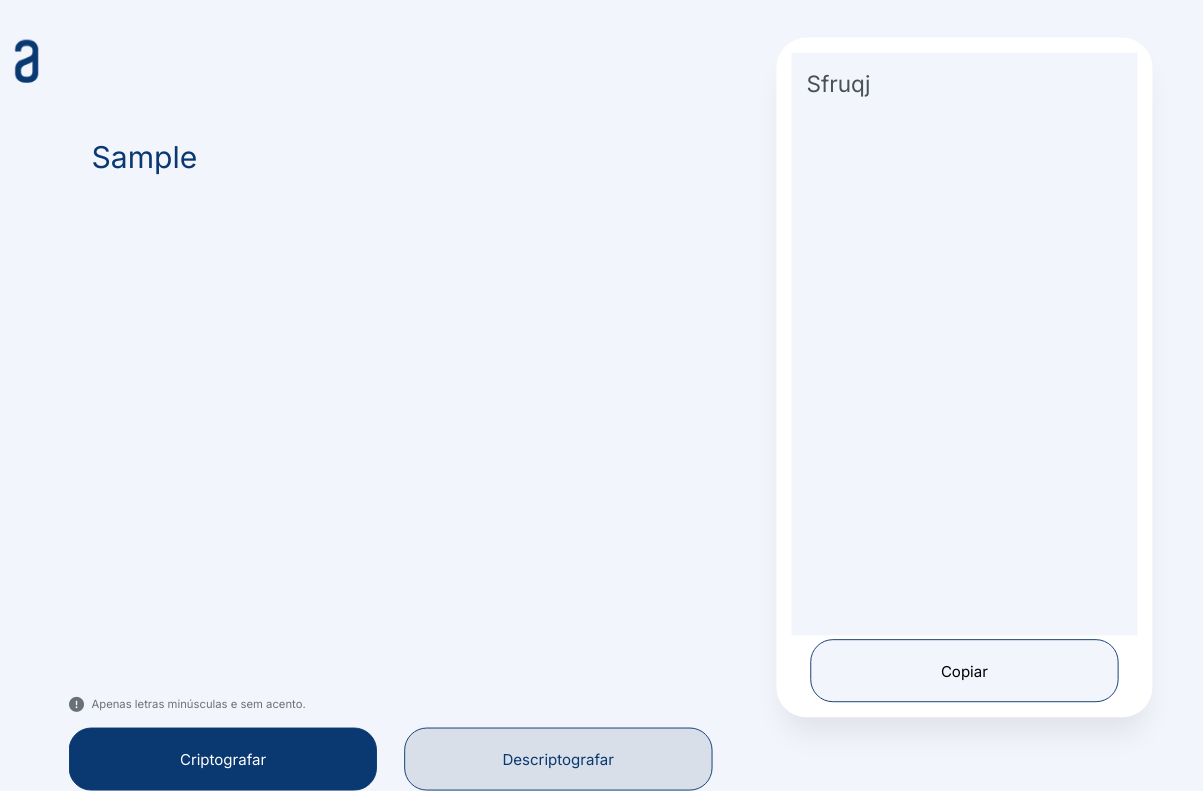
Repository: CarlosEduardoVdeOliveira/descodificador-de-texto
Page: index.html
These files come from the project's save history. The page is drawn as it stood at one moment and after the next save; the edit follows.
The browser window is 1280 px wide. The pictures show the whole page, at 94% of full size.
Empty fields were first filled with sample values (such as "Sample", 5 or name@example.com).
After loading, the first visible `button.button-cryptography` was clicked once.

Above is the page before, as saved 2023-04-15 08:53:10.

After the next save:
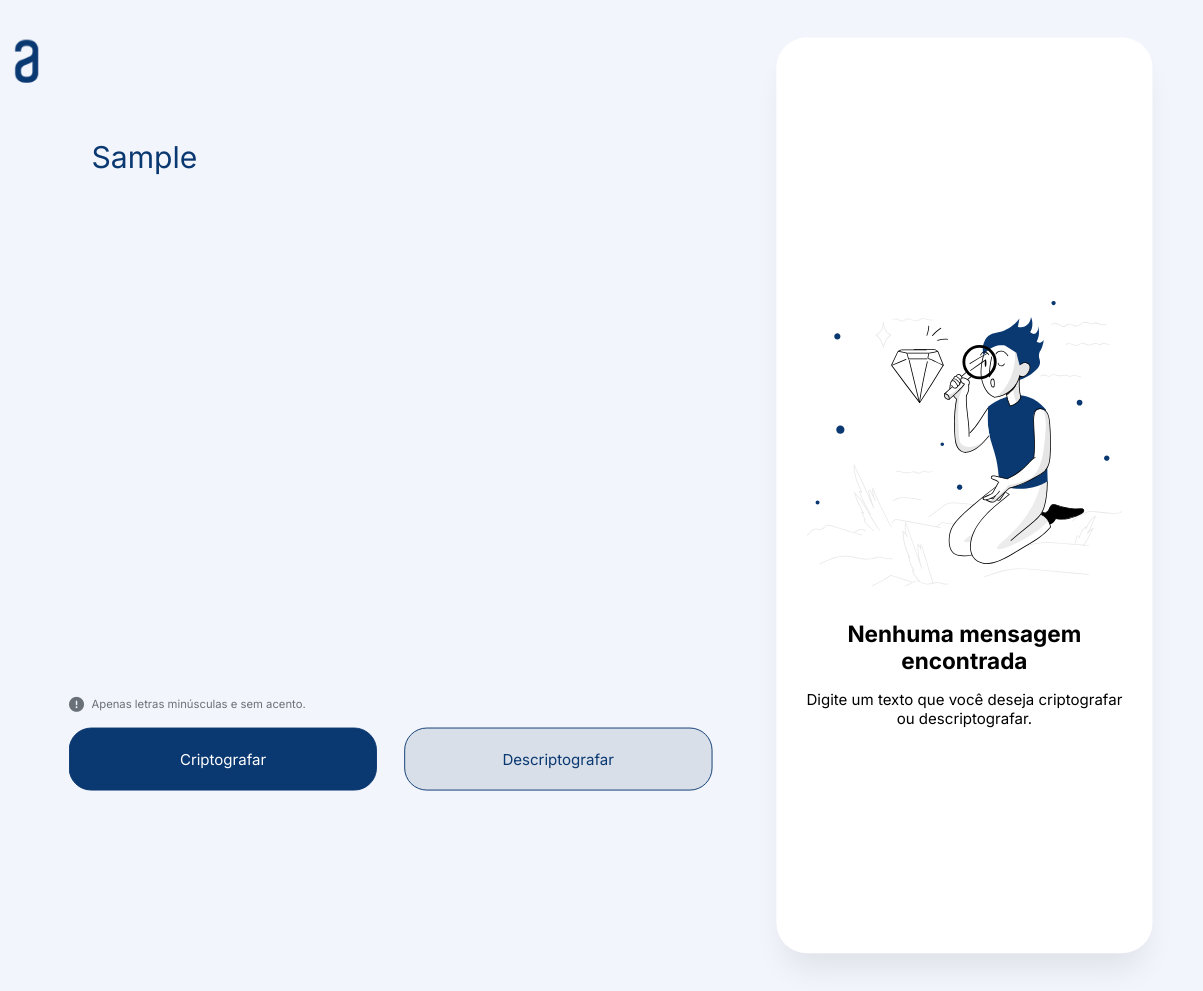
Console error: TypeError: Cannot read properties of null (reading 'value')
Saved 84 s later.
--- a/src/scripts/index.js
+++ b/src/scripts/index.js
@@ -3,11 +3,11 @@
 const buttonCryptography = document.querySelector(".button-cryptography");
 const buttonDecryption = document.querySelector(".button-decryption");
 
+const textareaValue = elementTextarea.value;
 
 
 
 function encryptText() {
-   const textareaValue = elementTextarea.value;
    if (textareaValue.length > 0) {
       areaCryption.classList.add("text-cryption-whit-text")
       return areaCryption.innerHTML = `
@@ -31,7 +31,10 @@
 }
 
 function decryptText() {
-   return alert("Preencha o campo!")
+   return areaCryption.innerHTML = `
+         <textarea class="textarea-output">${cipherOfCesar(textareaValue)}</textarea>
+         <button class="button-copy" id='copy' onclick="copyText()">Copiar</button>
+      `;
 }
 
 async function copyText() {

After the 4 saves that followed:
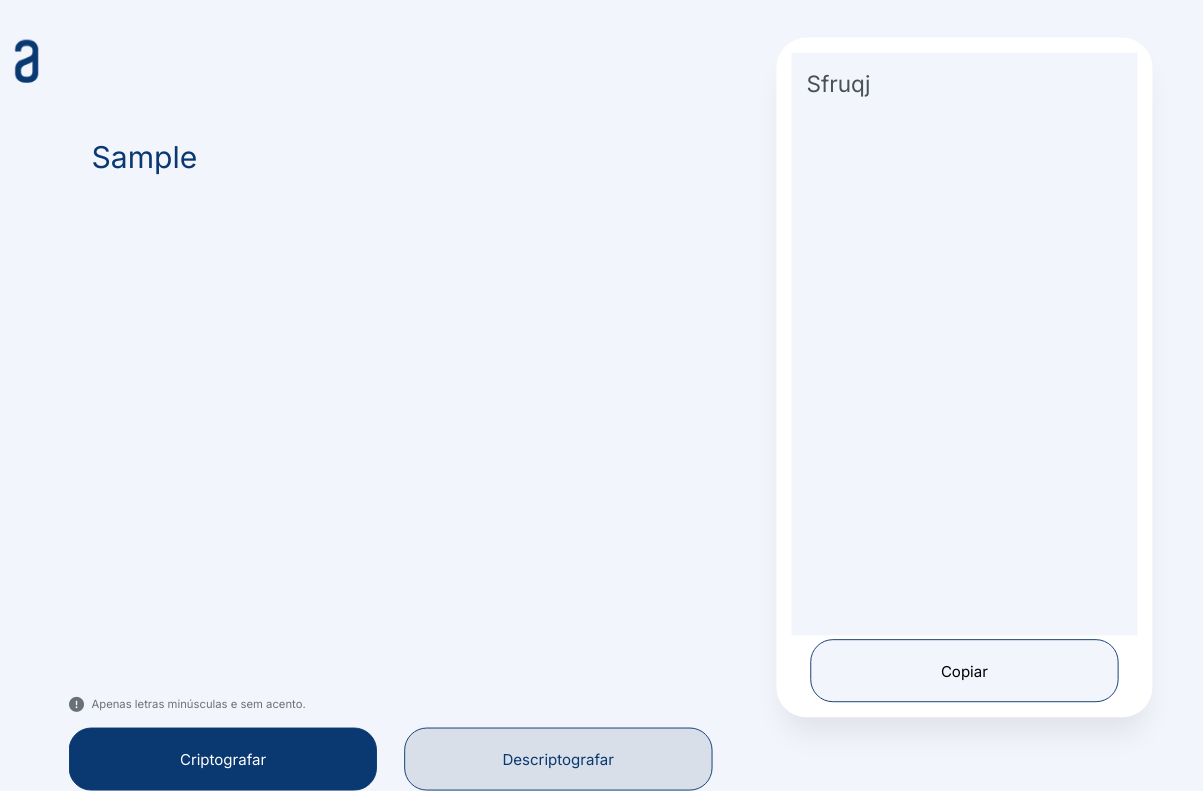
The error is gone.
The 4 saves are shown as one change because 3 left the picture as it was.
The last was saved 92 s later.
--- a/src/scripts/index.js
+++ b/src/scripts/index.js
@@ -3,11 +3,11 @@
 const buttonCryptography = document.querySelector(".button-cryptography");
 const buttonDecryption = document.querySelector(".button-decryption");
 
-const textareaValue = elementTextarea.value;
 
 
 
 function encryptText() {
+   const textareaValue = elementTextarea.value;
    if (textareaValue.length > 0) {
       areaCryption.classList.add("text-cryption-whit-text")
       return areaCryption.innerHTML = `
